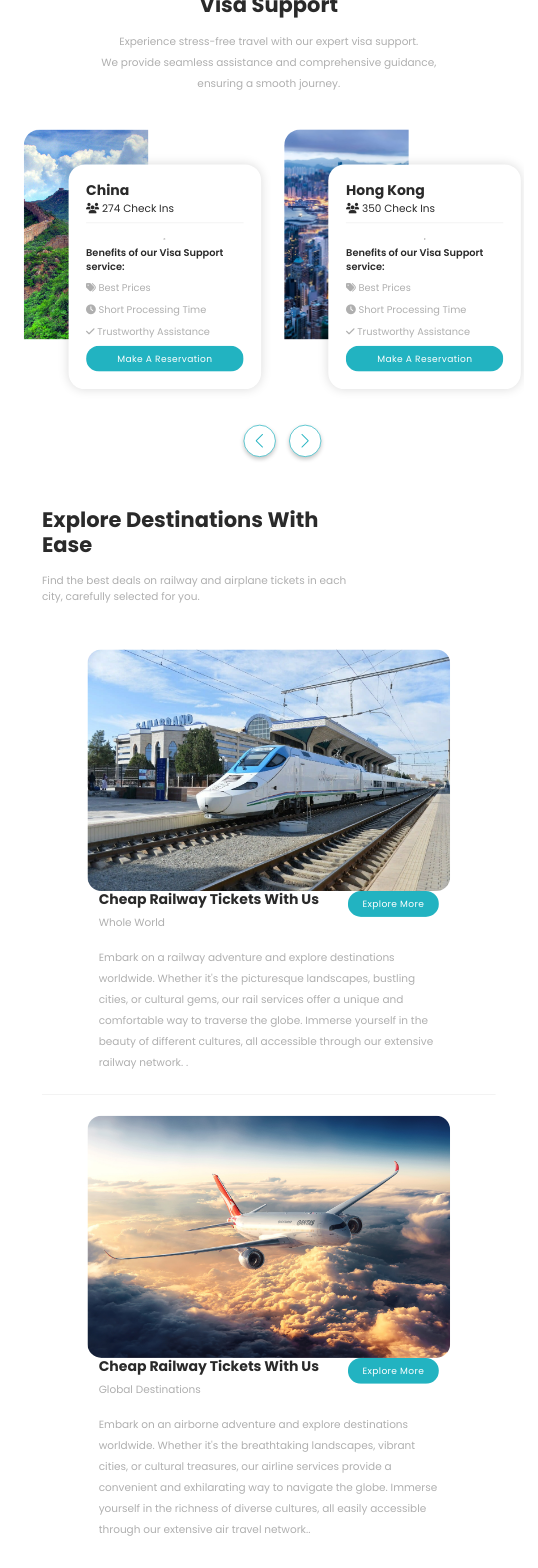
Repository: asadbekdev07/asadbekdev-zamontour-react
Page: /
The author's editor kept a copy of each file at every save. The page is drawn from the files as they stood at one save, then again after the next save.
The browser window is 768 px wide. The pictures show the part of the page from y = 1497 to 3737 px (the page is 3737 px tall), at 70% of full size.
The project was rebuilt for these pictures with package versions that can differ from the ones it lists, and the page was loaded fresh each time. Also part of the build but not shown: vite.config.js.

Above is the page before, as saved 2024-05-26 18:39:24.

After the next save:
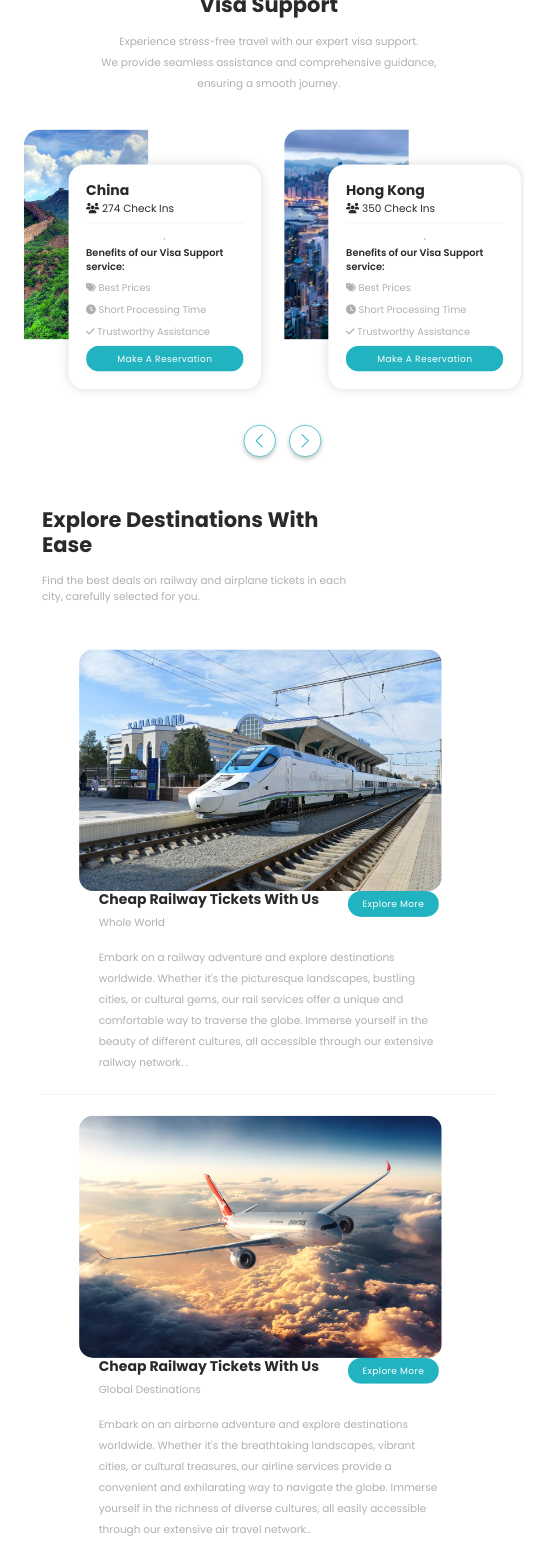
Saved 8 s later.
--- a/src/assets/styles/index.css
+++ b/src/assets/styles/index.css
@@ -697,8 +697,6 @@ select:-webkit-autofill:focus {
 @media only screen and (max-width: 1000px) {
   .destination__img {
     width: 80%;
-    margin-left: 10%;
-    margin-right: 10%;
   }
   .destination__item {
     display: flex;
